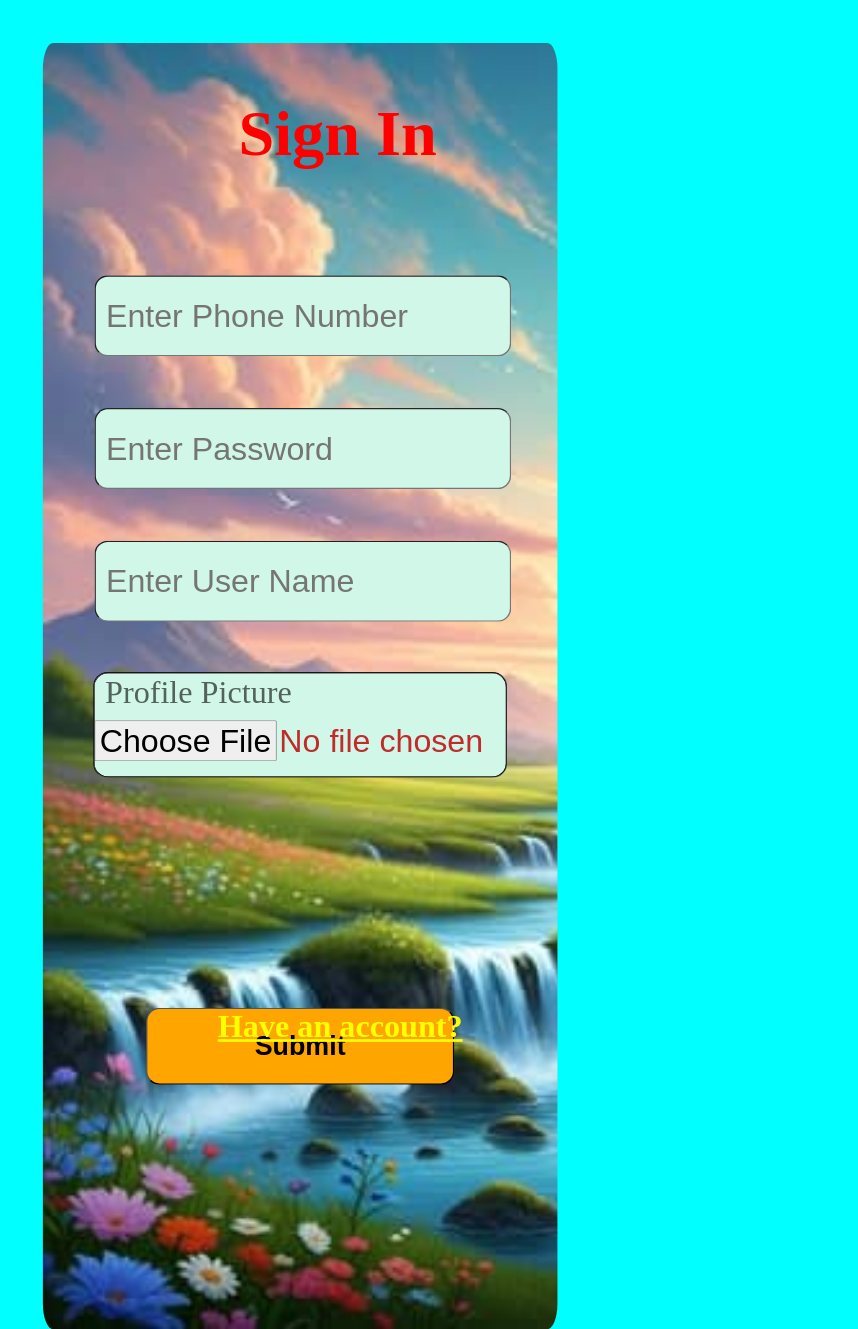
Repository: Amani-Kibet/express-app-web
Page: pages/signup/signIn.html
The author's editor kept a copy of each file at every save. The page is drawn from the files as they stood at one save, then again after the next save.
The browser window is 1280 px wide. The pictures show the whole page, at 67% of full size.

Above is the page before, as saved 2025-09-28 18:16:04.

### pages/signup/signIn.html
<!DOCTYPE html>
<head>
  <meta name="viewport" content="width= device-width, initial-scale=1.0"/>
  <title> Login Page</title>
  <style>
    body{
      background-color: cyan;
    }
  #board{
    background: url(/pictures/p1.png);
    background-size: cover;
    width: 60vw;
    height: 150vw;
    border-radius: 2%;
    outline: 4% groove yellow;
    position: absolute;
    top: 4rem;
    left: 4rem;
  }
  h2{
    color: red;
    position: relative;
    left: 38%;
    font-size: 6rem
  }
  .inputs{
    width: 80%;
    height: 6%;
    position: relative;
    left: 10%;
    margin-top: 10%;
    border-radius: 20px;
    color: blue;
    font-size: 3em;
    background-color: rgb(209, 247, 233);
  }
  #picC{
    display: flex;
    flex-direction: column;
    height: 14%;
    gap: 10%;
    height: 8%;
    outline: 2px groove black;
    color: rgb(194, 43, 43);
  }
  #picI{
    font-size: 1em;
  }
  #picT{
    font-size: 1em;
    opacity: 0.6;
    font-style: normal;
    position: relative;
    left: 1rem;
    color: black;
  }
  #submit{
    background: orange;
    position: absolute;
    width: 60%;
    height: 6%;
    top: 75%;
    left: 20%;
    border-radius: 20px;
    font-size: 2.5em;
    font-weight: bold;
  }
  #msg{
    background: lightblue;
    width: 70%;
    height: 50%;
    border-radius: 10px;
    position: absolute;
    bottom: 30%;
    left: 15%;
    outline: 4px groove yellow;
    display: none;
  }
  .prog{
    border-radius: 100%;
    position: absolute;
    top: 4%;
    left: 4%;
    outline: 20px groove yellow;
    font-size: 8em;
  }
  #prog2{
      transform: rotateY(90deg)
  }
  #progC{
    transform-style: preserve-3d;
    animation: spin 4s ease-in-out infinite;
  }
  #msgT{
    position: relative;
    top: 36%;
    left: 10%;
    color: blue;
    font-weight: bold;
    font-size: 4em;
    width: 80%;
    height: 20%;
  }
  #loginT{
    position: relative;
    top: 20%;
    left: 12%;
    color: rgb(255, 60, 0);
    font-weight: 500;
    font-size: 5em;
    width: 80%;
    height: 25%;
  }
  .links{
    position: absolute;
    font-weight: 800;
    font-size: 3em;
    color: yellow;
    top: 75%;
    left: 34%
  }
  @keyframes spin{
    0%{transform: rotateY(0deg) rotateX(0deg) translateX(0px)}
    50%{transform: rotateY(360deg) rotateX(60deg) translateX(50px)}
    100%{transform: rotateY(0deg) rotateX(0deg) translateX(0px)}
  }
  </style>
</head>
<body>
  <div id="board">
    <h2>Sign In</h2>
    <input type="number" class="inputs" id="phoneI" placeholder=" Enter Phone Number">
    <input type="password" class="inputs" id="passI" placeholder=" Enter Password">
    <input type="text" class="inputs" id="nameI" placeholder=" Enter User Name">
    <div id="picC" class="inputs">
      <i id="picT">Profile Picture</i>
    <input id="picI" type="file" name="image">
    </div>
  <button id="submit" onclick="f1()">Submit</button>
  <a class="links" id="link1" href="/pages/signup/logIn.html">Have an account?</a>
    <div id="msg">
      <div id="progC">
        <div id="prog1" class="prog">🔴</div>
      <div id="prog2" class="prog">🟢</div>
      </div>
      <p id="loginT">Please wait...</p>
      <h3 id="msgT">No text returned</h3>
    </div>
  </div>
</body>
<script>
  let bt1= document.getElementById("submit")
  let msgT= document.getElementById("msgT")
  let msg= document.getElementById("msg")

function f1(){
  let phoneI= document.getElementById("phoneI").value;
  let passI= document.getElementById("passI").value;
  let nameI= document.getElementById("nameI").value;
  let picI= document.getElementById("picI").files[0];

  let folder= new FormData()
  folder.append("image", picI)
  folder.append("json", JSON.stringify({phone: `${phoneI}`, pass: `${passI}`, name: `${nameI}`}))


  fetch("/path1", {
    method: "POST",
    body: folder
  })
  .then(type=> type.text())
  .then(data=> {
  msg.style.display="block";
  msgT.innerHTML=`${phoneI} ${data}`
  setTimeout(()=>{
  msg.style.display="none";
  window.location.href="/pages/signup/login.html"
}, 8000);
})

  fetch("/path2", {
    method: "POST",
    body: env
  });

}
</script>
</html>

After the next save:
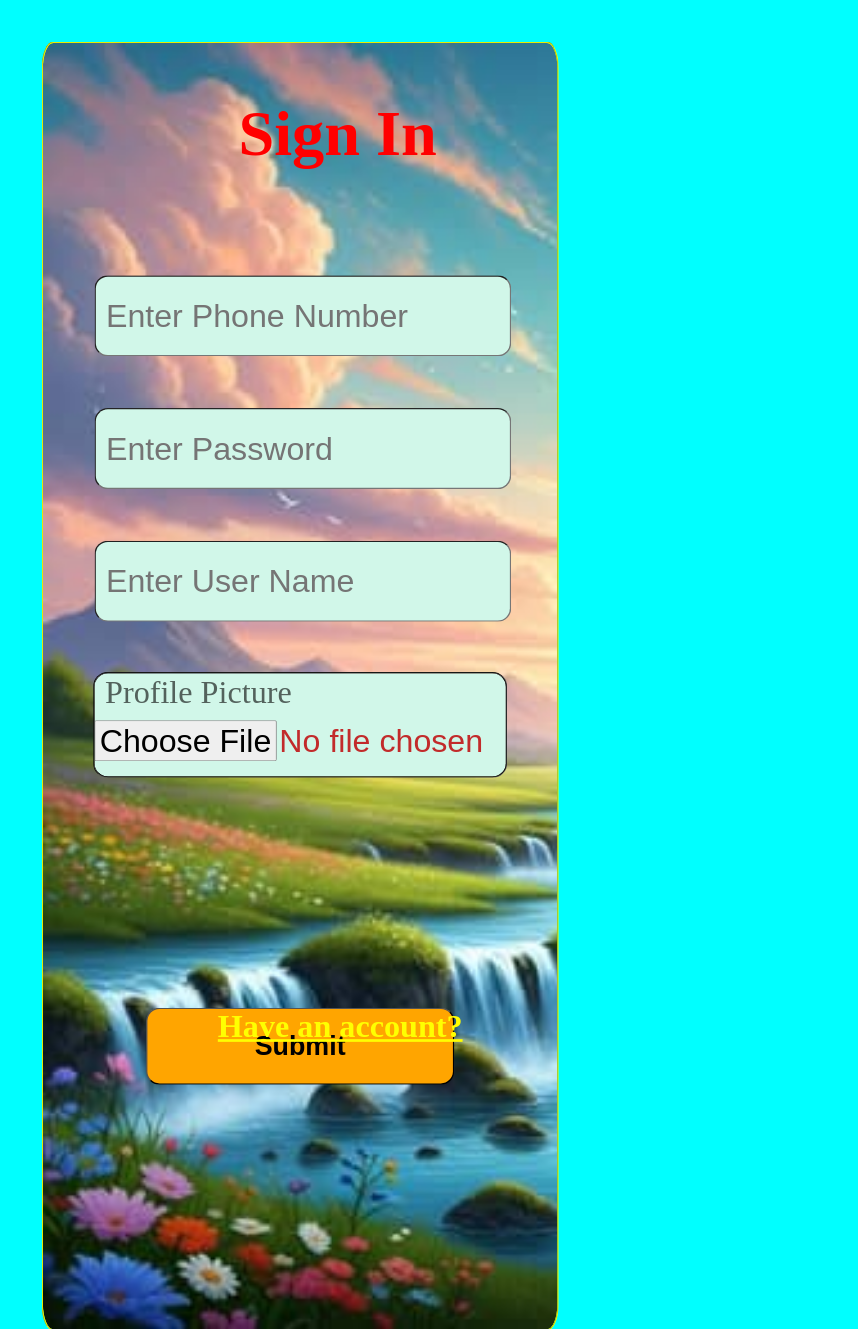
Saved 17 s later.
--- a/pages/signup/signIn.html
+++ b/pages/signup/signIn.html
@@ -12,7 +12,7 @@
     width: 60vw;
     height: 150vw;
     border-radius: 2%;
-    outline: 4% groove yellow;
+    outline: 2px groove yellow;
     position: absolute;
     top: 4rem;
     left: 4rem;
